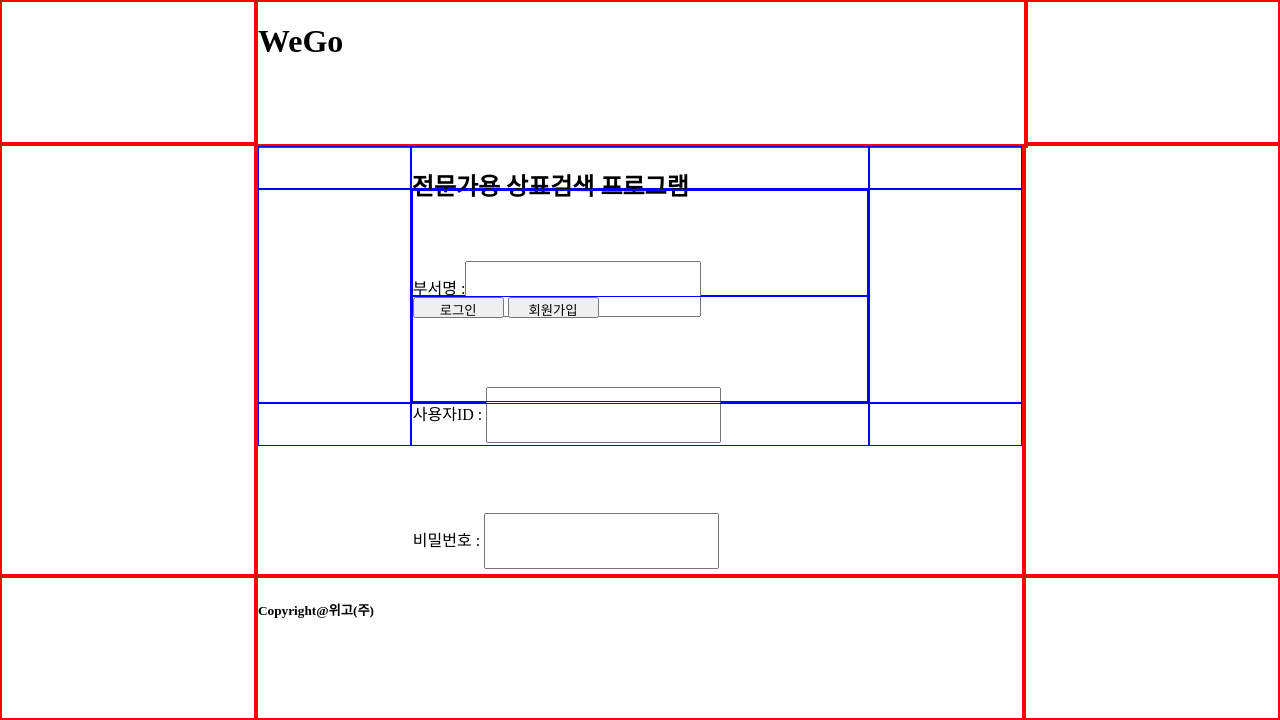
Repository: hamuse/wego1
Page: http://localhost/teamW1/facade.do
These files come from the project's save history. The page is drawn as it stood at one moment and after the next save; the edit follows.
The browser window is 1280 px wide. The pictures show the whole page.
Some web libraries are served in a nearby version. The page is served by Tomcat 9.

Above is the page before, as saved 2019-10-07 11:15:42.

After the next save:
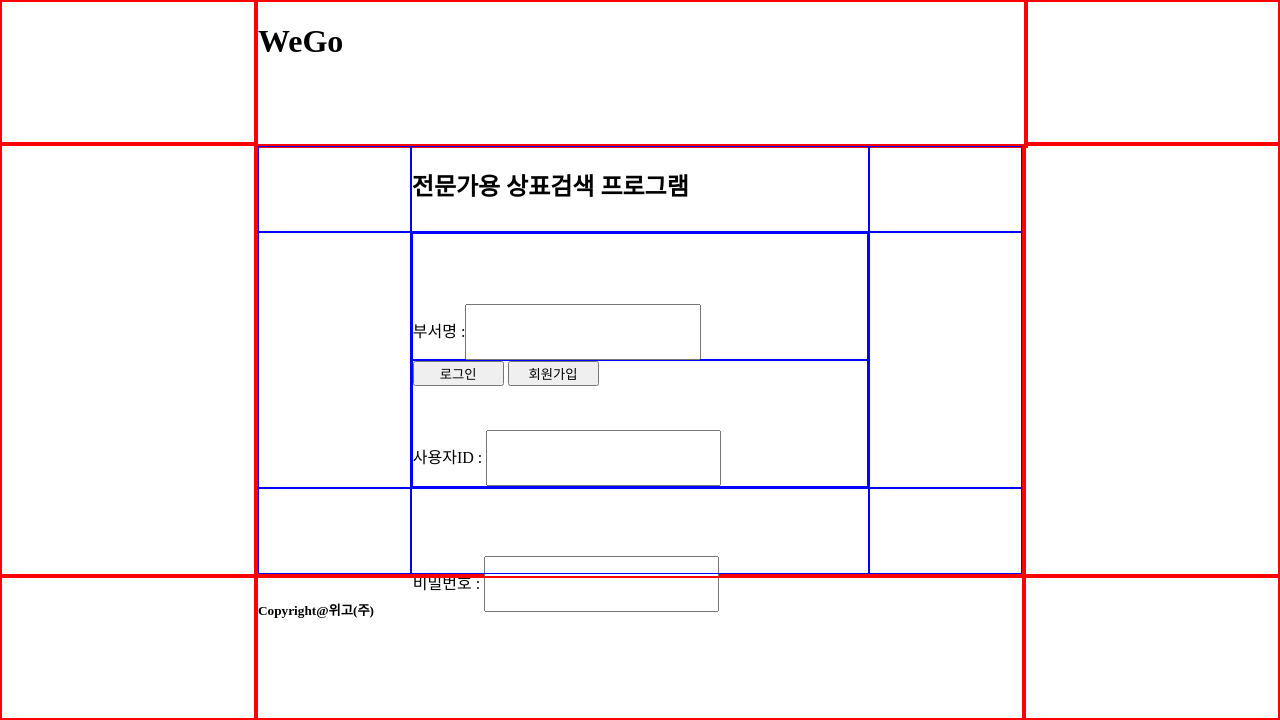
Saved 35 s later.
--- a/teamW1/WebContent/resources/css/style.css
+++ b/teamW1/WebContent/resources/css/style.css
@@ -19,7 +19,7 @@ html, body{
 	width: 100%
 	height: 100%;
 	grid-template-columns: 20% 60% 20%;
-	grid-template-rows: 10% 50% 10%;
+	grid-template-rows: 20% 60% 20%;
 	border : 1px solid blue;
 }
 .container div{
